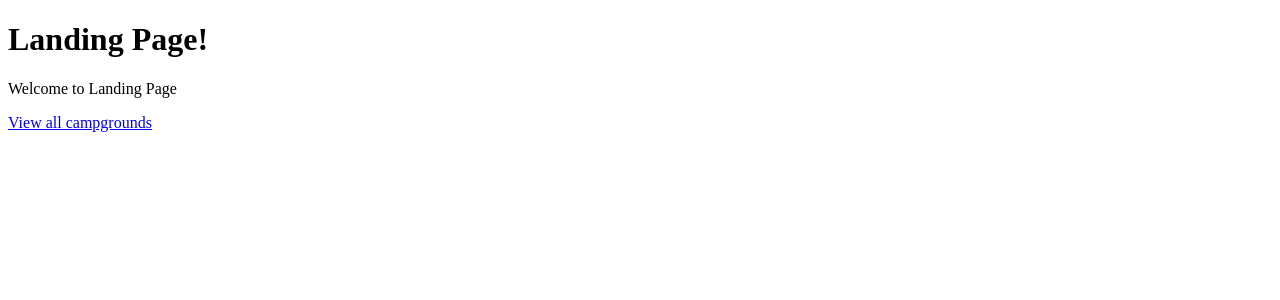
Repository: JoseSM1598/WebAppProjects
Page: http://localhost/
The author's editor kept a record of every edit. The page is drawn from the files as they stood at one moment, then again after the next edit.
The browser window is 1280 px wide. The pictures show the whole page.
The page is served by the project's Node server (YelpCamp/app.js).

Above is the page before.

After the next edit:
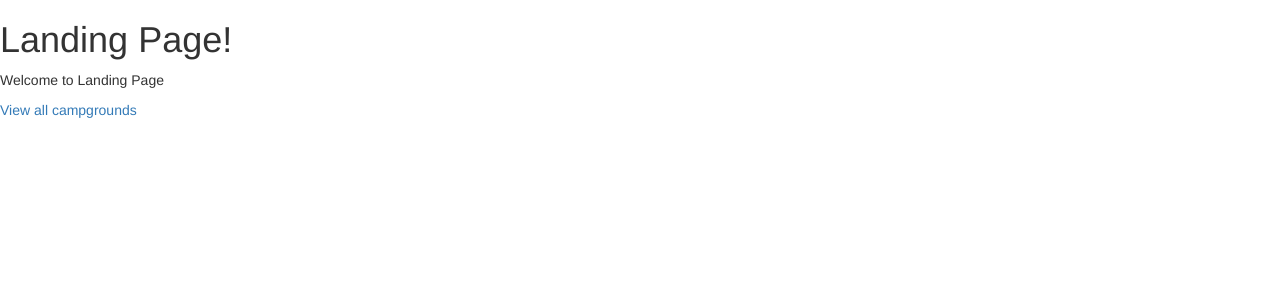
The edit:
--- a/YelpCamp/views/partials/header.ejs
+++ b/YelpCamp/views/partials/header.ejs
@@ -2,5 +2,7 @@
 <html>
     <head>
         <title>YelpCamp</title>
+        <link rel="stylesheet" href="https://maxcdn.bootstrapcdn.com/bootstrap/3.3.7/css/bootstrap.min.css"
+        integrity="sha384-BVYiiSIFeK1dGmJRAkycuHAHRg32OmUcww7on3RYdg4Va+PmSTsz/K68vbdEjh4u" crossorigin="anonymous">
     </head>
     <body>
